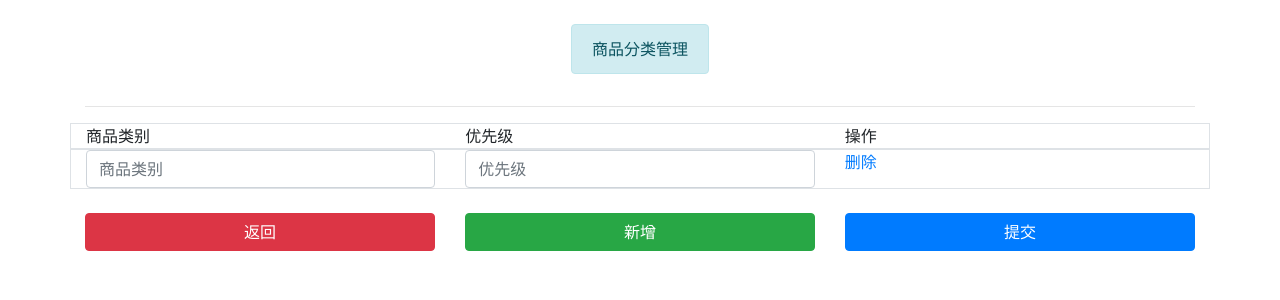
Repository: marveloussj/first_project
Page: o2o/src/main/webapp/WEB-INF/html/shop/productcategorymanage.html
The author's editor kept a copy of each file at every save. The page is drawn from the files as they stood at one save, then again after the next save.
The browser window is 1280 px wide. The pictures show the whole page.
After loading, the first visible `#add` was clicked once.
The page's requests for data from a server got no answer. Some web libraries are served in a nearby version.

Above is the page before, as saved 2018-03-17 08:50:18.

### o2o/src/main/webapp/WEB-INF/html/shop/productcategorymanage.html
<!doctype html>
<html lang="en">
<head>
<!-- Required meta tags -->
<meta charset="utf-8">
<meta name="viewport"
	content="width=device-width, initial-scale=1, shrink-to-fit=no">

<!-- Bootstrap CSS -->
<link rel="stylesheet"
	href="https://cdn.bootcss.com/bootstrap/4.0.0/css/bootstrap.min.css"
	integrity="sha384-Gn5384xqQ1aoWXA+058RXPxPg6fy4IWvTNh0E263XmFcJlSAwiGgFAW/dAiS6JXm"
	crossorigin="anonymous">

<title>商品分类管理</title>
</head>
<body>

<div class="container">
<br>
<div class="row justify-content-center">
			<div class="alert alert-info" >商品分类管理</div>
		</div>
		<hr>

  <div class="row align-items-start table-bordered">
    <div class="col">商品类别</div>
    <div class="col">优先级 </div>
    <div class="col"> 操作</div>
  </div>

  <div class="category-wrap"></div>

<div class="modal fade" id="myModal" tabindex="-1" role="dialog" aria-labelledby="myModalLabel">
  <div class="modal-dialog" role="document">
    <div class="modal-content">
      <div class="modal-header">
        <h4 class="modal-title" id="myModalLabel">消息</h4>
        <button type="button" class="close" data-dismiss="modal" aria-label="Close"><span aria-hidden="true">&times;</span></button>
      </div>
      <div class="modal-body">
        	确认要删除吗?
      </div>
      <div class="modal-footer">
        <button type="button" class="btn btn-default" data-dismiss="modal">取消</button>
        <button type="button" class="btn btn-primary" id="confirm" data-dismiss="modal">确认</button>
      </div>
    </div>
  </div>
</div>
<br>

		<div class="row justify-content-between">
			<div class="col-4">
				<button type="button" class="btn btn-danger btn-block" id="return">返回</button>
			</div>
			<div class="col-4">
				<button type="button" class="btn btn-success btn-block" id="add">新增</button>
			</div>
			<div class="col-4">
				<button type="button" class="btn btn-primary btn-block" id="submit">提交</button>
			</div>
		</div>
</div>
	<!-- Optional JavaScript -->
	<!-- jQuery first, then Popper.js, then Bootstrap JS -->
	<script src="http://code.jquery.com/jquery-3.3.1.js" integrity="sha256-2Kok7MbOyxpgUVvAk/HJ2jigOSYS2auK4Pfzbm7uH60=" crossorigin="anonymous"></script>
	<script src="https://cdn.bootcss.com/popper.js/1.12.9/umd/popper.min.js" integrity="sha384-ApNbgh9B+Y1QKtv3Rn7W3mgPxhU9K/ScQsAP7hUibX39j7fakFPskvXusvfa0b4Q" crossorigin="anonymous"></script>
	<script src="https://cdn.bootcss.com/bootstrap/4.0.0/js/bootstrap.min.js" integrity="sha384-JZR6Spejh4U02d8jOt6vLEHfe/JQGiRRSQQxSfFWpi1MquVdAyjUar5+76PVCmYl" crossorigin="anonymous"></script>
	<script type="text/javascript" src="../resources/js/shop/productcategorymanage.js" charset="utf-8"></script>

</body>
</html>

### o2o/src/main/webapp/resources/js/shop/productcategorymanage.js
/**
 *
 */
$(function(){
	getlist();
	function getlist(e){
		$.ajax({
		url:"/o2o/shopadmin/getproductcategorylist",
		type:"get",
		dataType:"json",
		success:function(data){
			if(data.success){
				handleList(data.data);
			}
		}

	});
	}

	function handleList(data){
		var html='';
		data.map(function(item,index){
			html+='<div class="row align-items-start table-bordered now"><div class="col">'
				+item.productCategoryName+'</div> <div class="col">'
				+item.priority+'</div><div class="col"><a href="#">删除</a></div></div>';
		});
		$('.category-wrap').html(html);
	}

	$('#add').click(function(){
		var tempHtml='<div class="row align-items-start table-bordered temp"><div class="col">'
			+'<input class="form-control" type="text" placeholder="商品类别">'
			+'</div> <div class="col">'
			+'<input class="form-control" type="number" placeholder="优先级">'
			+'</div><div class="col"><a href="#">删除</a></div></div>';
		$('.category-wrap').append(tempHtml);
	});




});

After the next save:
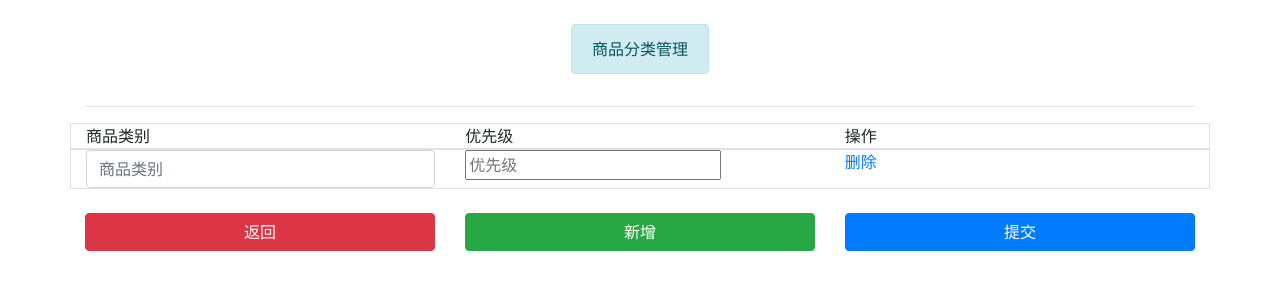
Saved 19 s later.
--- a/o2o/src/main/webapp/resources/js/shop/productcategorymanage.js
+++ b/o2o/src/main/webapp/resources/js/shop/productcategorymanage.js
@@ -31,7 +31,7 @@ $(function(){
 		var tempHtml='<div class="row align-items-start table-bordered temp"><div class="col">'
 			+'<input class="form-control" type="text" placeholder="商品类别">'
 			+'</div> <div class="col">'
-			+'<input class="form-control" type="number" placeholder="优先级">'
+			+'<input type="number" placeholder="优先级">'
 			+'</div><div class="col"><a href="#">删除</a></div></div>';
 		$('.category-wrap').append(tempHtml);
 	});
